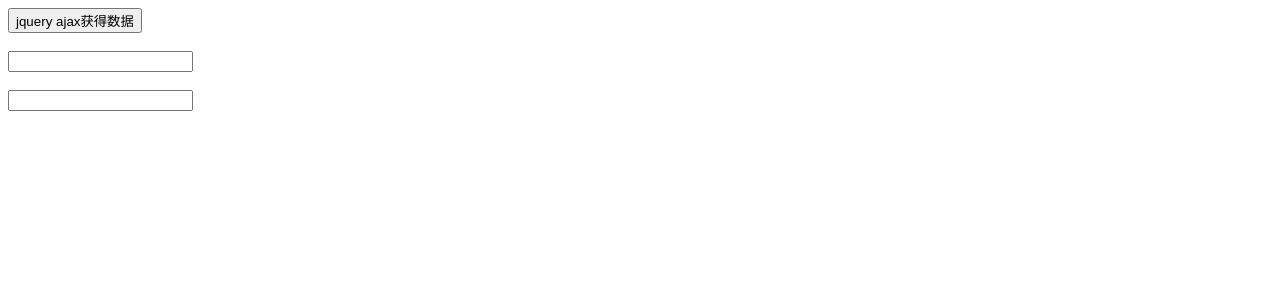
Repository: jsjchai/springmvc_study
Page: http://localhost/jquery02_ajax_json/post.jsp
The author's editor kept a copy of each file at every save. The page is drawn from the files as they stood at one save, then again after the next save.
The browser window is 1280 px wide. The pictures show the whole page.
The page is served by Tomcat 9.

Above is the page before, as saved 2015-04-08 15:33:49.

After the next save:
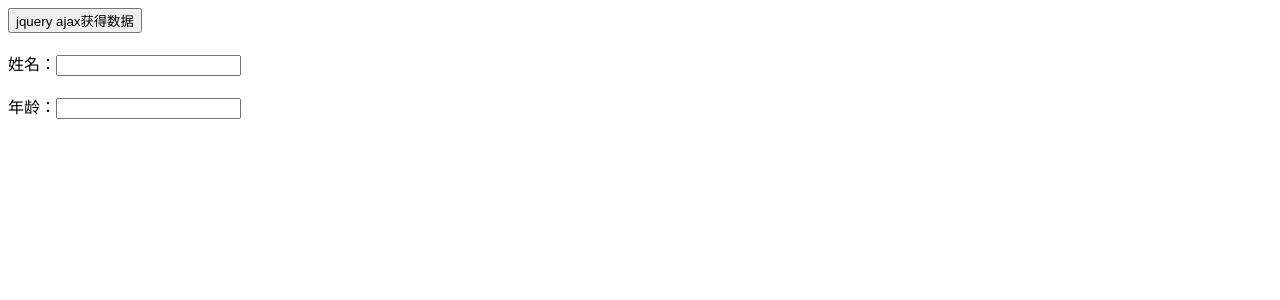
Saved 19 s later.
--- a/springmvc/jquery/jquery02_ajax_json/WebContent/post.jsp
+++ b/springmvc/jquery/jquery02_ajax_json/WebContent/post.jsp
@@ -17,7 +17,7 @@
 </head>
 <body>
 	<input type="button" id="b1" value="jquery ajax获得数据"><br><br>
-	<input type="text" id="name"><br><br>
-	<input type="text" id="age">
+	姓名：<input type="text" id="name"><br><br>
+	年龄：<input type="text" id="age">
 </body>
 </html>
